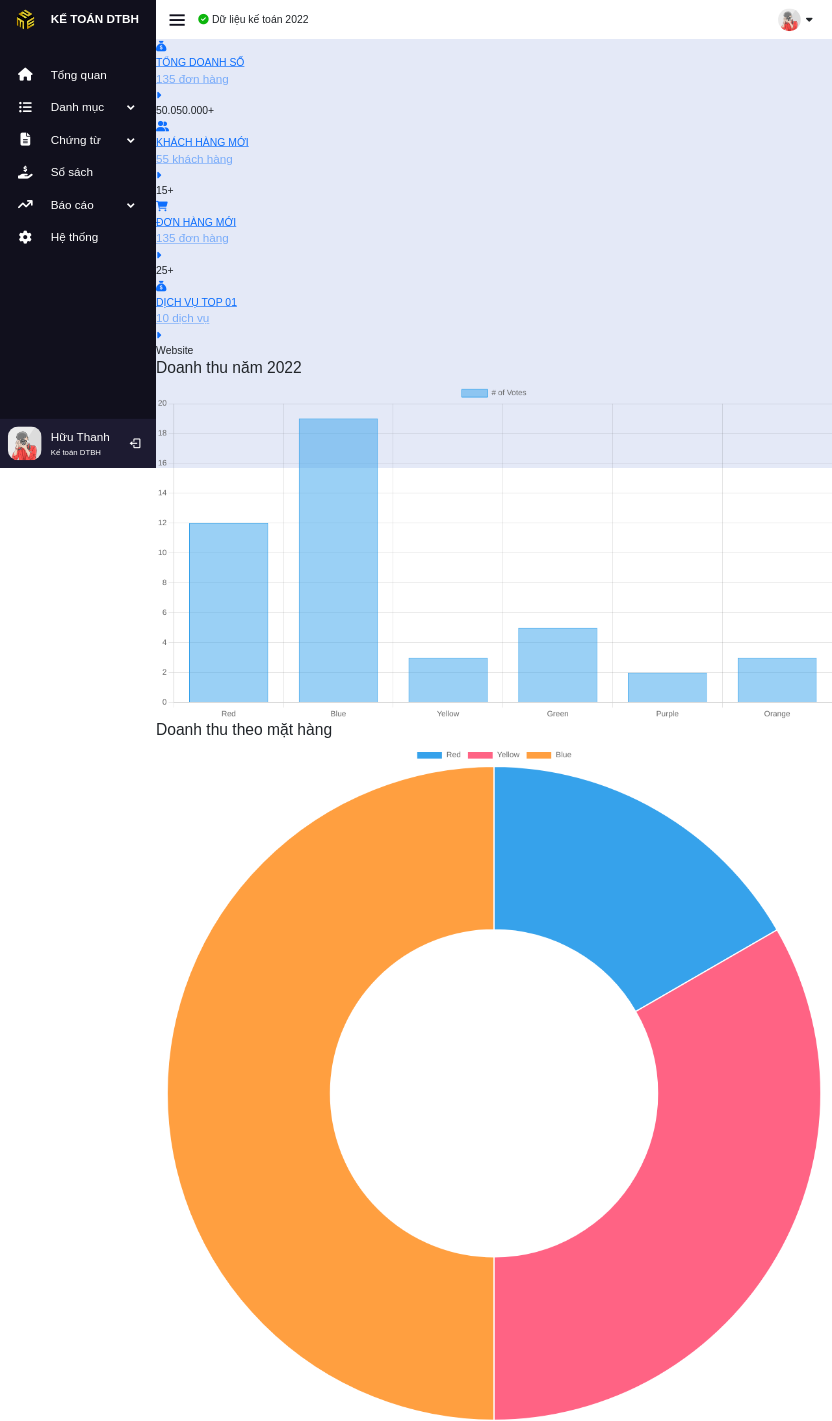
Repository: huuthanhdev/PhanMemKeToan
Page: pages/overview.html
These files come from the project's save history. The page is drawn as it stood at one moment and after the next save; the edit follows.
The browser window is 1280 px wide. The pictures show the whole page, at 65% of full size.
Some web fonts or font styles are not loaded; a fallback is used. Some web libraries are served in a nearby version.

Above is the page before, as saved 2023-05-22 11:50:35.

After the next save:
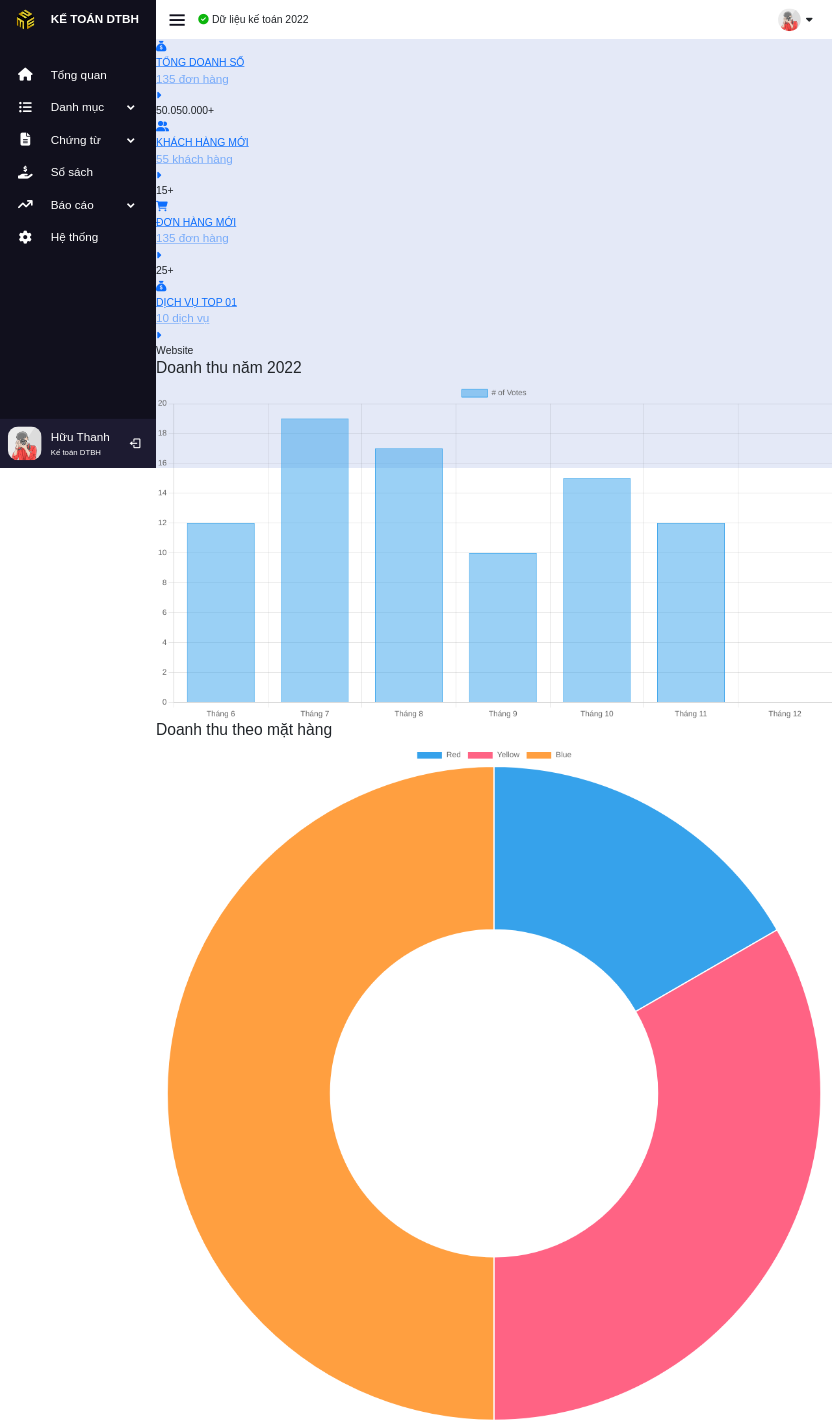
Saved 4 min 37 s later.
--- a/assets/charts/chart1.js
+++ b/assets/charts/chart1.js
@@ -3,10 +3,10 @@ const ctx = document.getElementById('lineChart');
   new Chart(ctx, {
     type: 'bar',
     data: {
-      labels: ['Red', 'Blue', 'Yellow', 'Green', 'Purple', 'Orange'],
+      labels: ['Tháng 6', 'Tháng 7', 'Tháng 8', 'Tháng 9', 'Tháng 10', 'Tháng 11', 'Tháng 12'],
       datasets: [{
         label: '# of Votes',
-        data: [12, 19, 3, 5, 2, 3],
+        data: [12, 19, 17, 10, 15, 12],
         borderWidth: 1
       }]
     },
